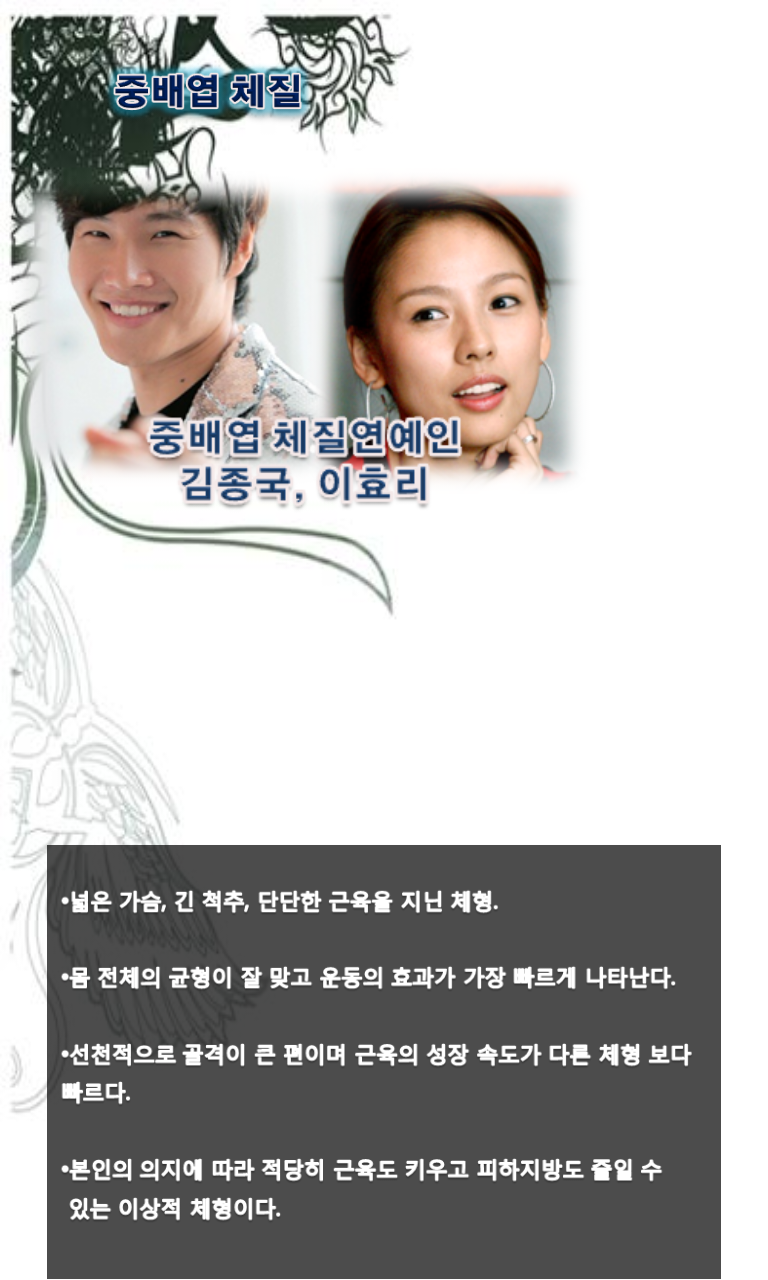
Repository: LewisLim579/2013TeamProject
Layout: PtsApp/res/layout/c_jung.xml
The author's editor kept a copy of each file at every save. The layout is drawn from the files as they stood at one save, then again after the next save.
It is drawn on a 768 x 1280 px phone screen (xhdpi) without system bars, with theme android:Theme.NoTitleBar.Fullscreen; the app's code is not run.

Above is the layout before, as saved 2013-05-24 17:02:35.

### PtsApp/res/layout/c_jung.xml
<LinearLayout xmlns:android="http://schemas.android.com/apk/res/android"
    android:layout_width="fill_parent"
    android:layout_height="fill_parent"
    android:background="@drawable/back"
    android:orientation="vertical" >

    <LinearLayout
        android:layout_width="match_parent"
        android:layout_height="50dp"
        android:orientation="vertical"
        android:layout_marginTop="20dp"
         >

        <ImageView
            android:id="@+id/imageView2"
            android:layout_width="wrap_content"
            android:layout_height="wrap_content"
            android:src="@drawable/jungtitle" />
    </LinearLayout>

    <LinearLayout
        android:layout_width="match_parent"
        android:layout_height="wrap_content"
        android:layout_weight="4.04"
        android:orientation="vertical" >

        <ImageView
            android:id="@+id/imageView1"
            android:layout_width="297dp"
            android:layout_height="204dp"
            android:src="@drawable/jung_2" />

    </LinearLayout>

    <LinearLayout
        android:layout_width="match_parent"
        android:layout_height="218dp"
        android:orientation="vertical" >

        <ImageView
            android:id="@+id/imageView3"
            android:layout_width="match_parent"
            android:layout_height="wrap_content"
            android:src="@drawable/nene" />

    </LinearLayout>

</LinearLayout>

After the next save:
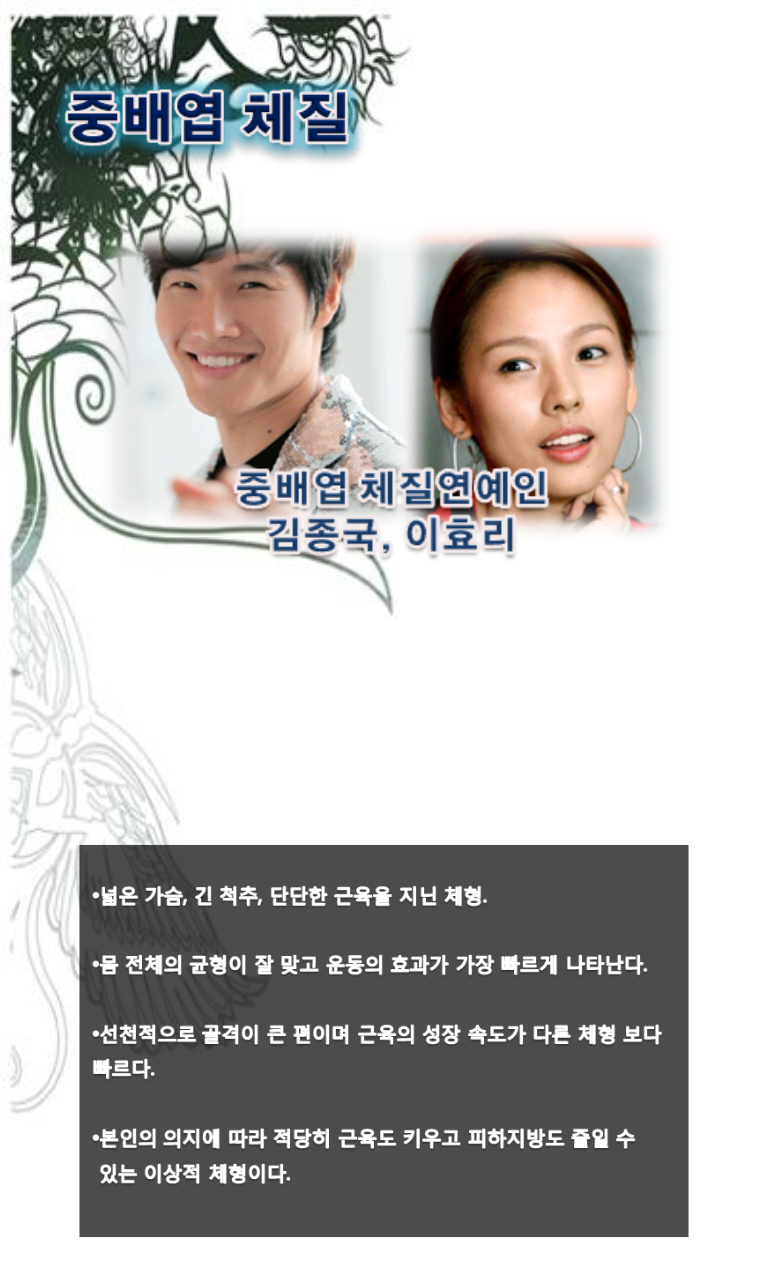
Saved 74 s later.
--- a/PtsApp/res/layout/c_jung.xml
+++ b/PtsApp/res/layout/c_jung.xml
@@ -6,10 +6,9 @@
 
     <LinearLayout
         android:layout_width="match_parent"
-        android:layout_height="50dp"
-        android:orientation="vertical"
+        android:layout_height="wrap_content"
         android:layout_marginTop="20dp"
-         >
+        android:orientation="vertical" >
 
         <ImageView
             android:id="@+id/imageView2"
@@ -28,8 +27,8 @@
             android:id="@+id/imageView1"
             android:layout_width="297dp"
             android:layout_height="204dp"
+            android:layout_gravity="center"
             android:src="@drawable/jung_2" />
-
     </LinearLayout>
 
     <LinearLayout
@@ -39,8 +38,9 @@
 
         <ImageView
             android:id="@+id/imageView3"
-            android:layout_width="match_parent"
-            android:layout_height="wrap_content"
+            android:layout_width="347dp"
+            android:layout_height="197dp"
+             android:layout_gravity="center"
             android:src="@drawable/nene" />
 
     </LinearLayout>
